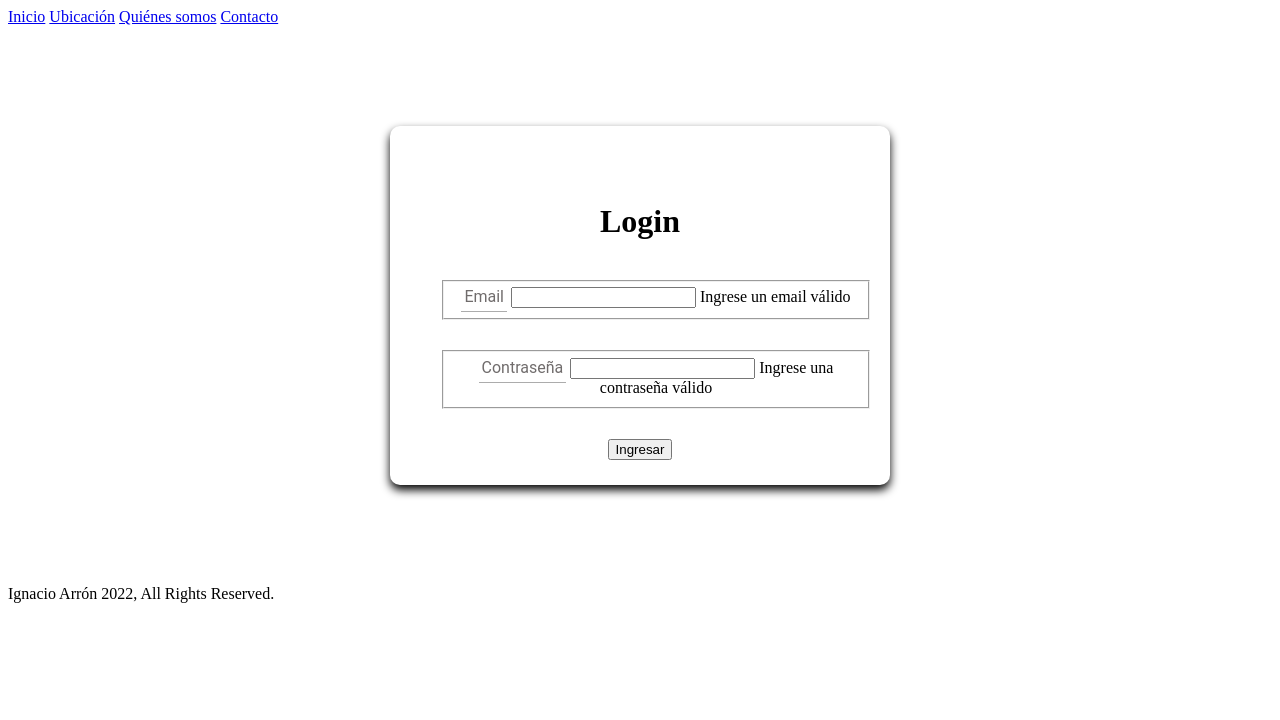
Repository: Divineridh/lppa-parcial2
Page: login.html
An editor plug-in stored every save of this project. The page is shown before and after the next save, followed by the edit.
The browser window is 1280 px wide. The pictures show the whole page.

Above is the page before, as saved 2022-07-04 21:06:13.

After the next save:
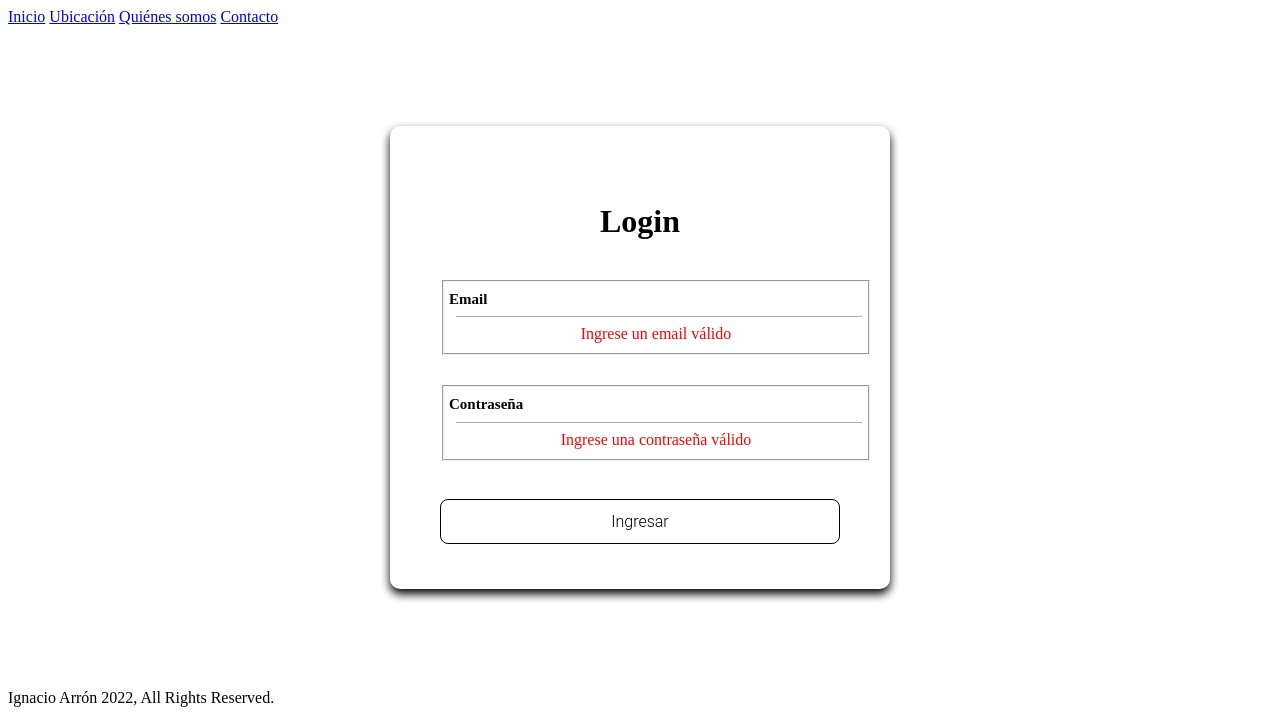
Saved 88 s later.
--- a/styles/login.css
+++ b/styles/login.css
@@ -28,7 +28,7 @@
     margin-bottom: 30px;
 }
 
-.form-label-text{
+.form-text{
     width: 100%;
     background: none;
     margin-bottom: 8px;
@@ -41,12 +41,12 @@
     font-family: 'Roboto', sans-serif;
 }
 
-.form-txt:focus + .form-lblTxt, .form-txt:not(:placeholder-shown) + .form-lblTxt{
+.form-text:focus + .form-lblTxt, .form-txt:not(:placeholder-shown) + .form-lblTxt{
     transform: translateY(-13px) scale(0.9);
     transform-origin: left top;
 }
 
-.form-lblTxt{
+.form-label-text{
     color: var(--verdeAgua);
     position:absolute;
     font-size: 15px;
@@ -58,7 +58,7 @@
     transition: transform .5s;
 }
 
-.form-lblError{
+.form-label-error{
     width: 100%;
     color:rgb(255, 0, 0);
     text-align: center;
@@ -69,7 +69,7 @@
     height: 20%;
 }
 
-.form-btn{
+.form-button{
     width: 100%;
     background-color: var(--verdeClaro);
     color:var(--blanco);
@@ -85,7 +85,7 @@
     margin-bottom: 20px;
 }
 
-.form-btn:hover{
+.form-button:hover{
     color: var(--verdeClaro);
     background-color: var(--blanco);
 }
